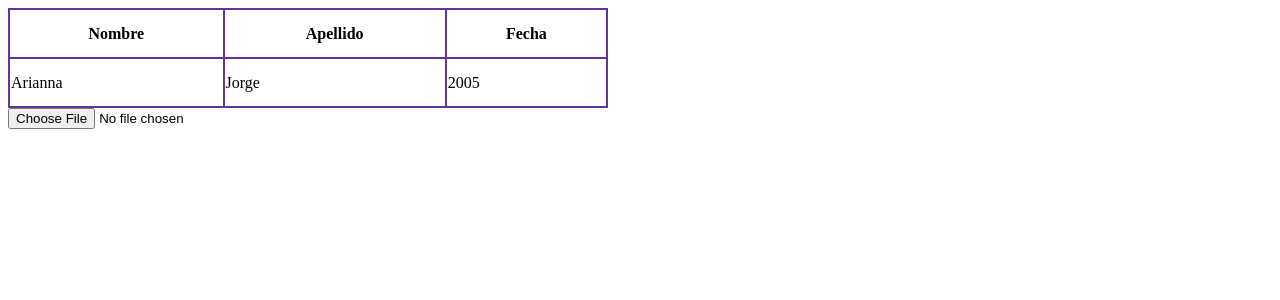
Repository: Arito05/Mi-primer-Repositorio
Page: dia2/intex3.html
An editor plug-in stored every save of this project. The page is shown before and after a run of saves, followed by the edit.
The browser window is 1280 px wide. The pictures show the whole page.

Above is the page before, as saved 2024-07-18 16:50:50.

After the next 7 saves:
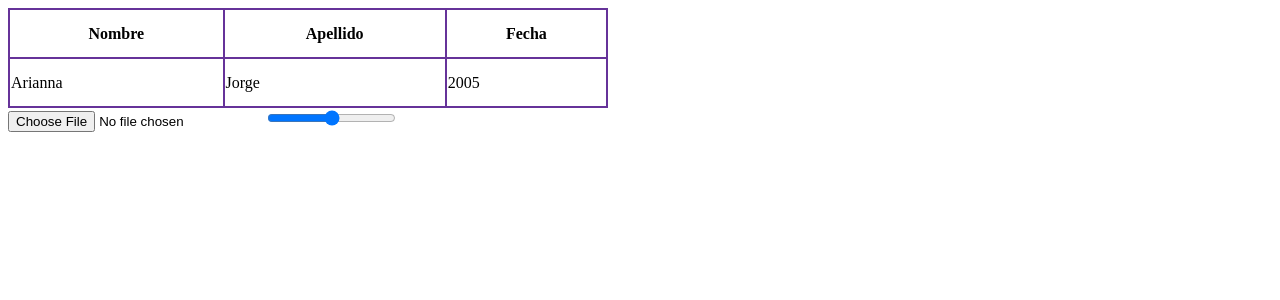
The 7 saves are shown as one change because they came seconds apart.
The last was saved 16 s later.
--- a/dia2/intex3.html
+++ b/dia2/intex3.html
@@ -27,6 +27,6 @@
       </tr>
     </table>
     <input type="file" name="file">
-
+    <input type="range"
   </body>
 </html>
